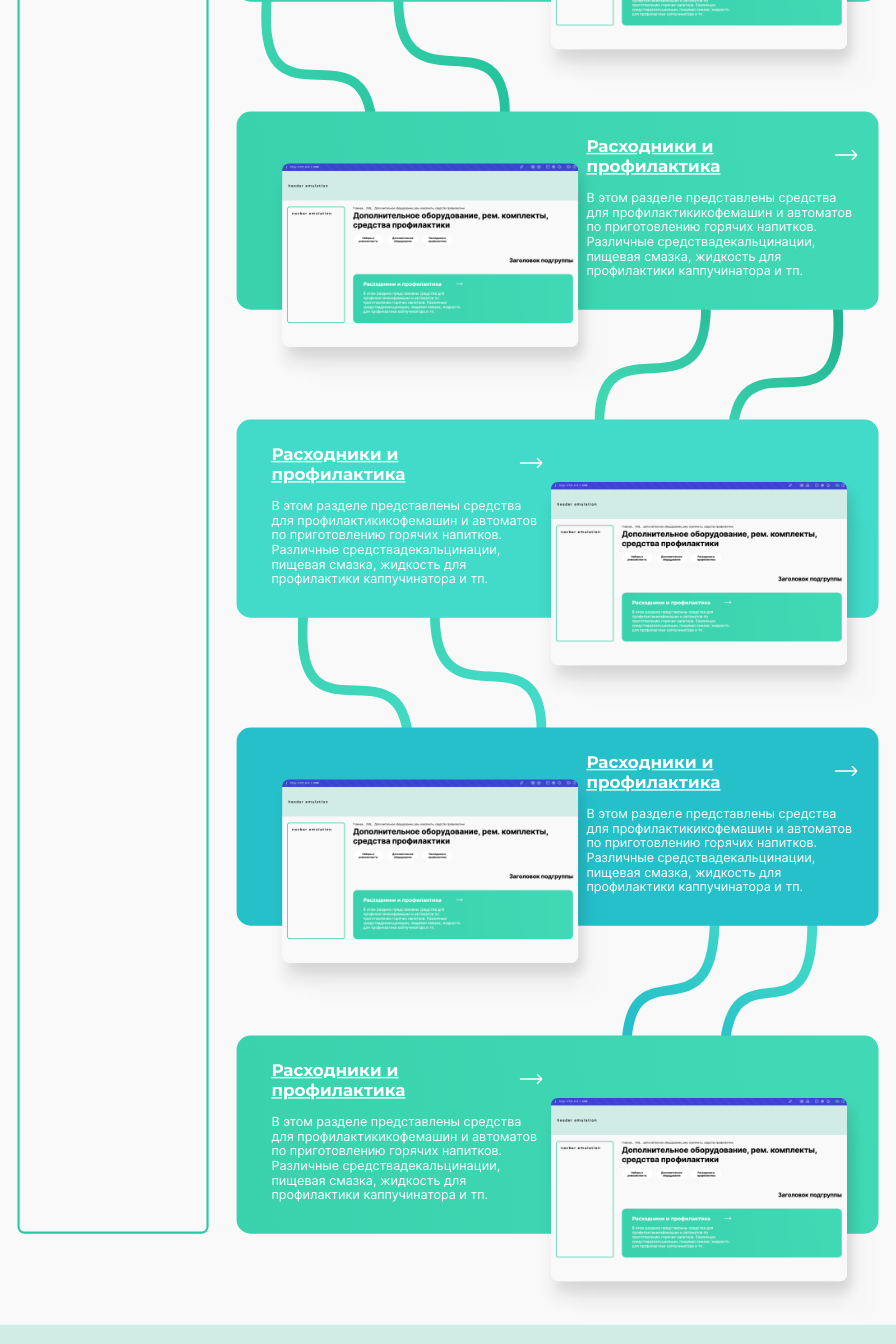
Repository: axonde/venpart-faq-pages
Page: index.html
An editor plug-in stored every save of this project. The page is shown before and after the next save, followed by the edit.
The browser window is 1280 px wide. The pictures show the part of the page from y = 599 to 2519 px (the page is 2635 px tall), at 70% of full size.

Above is the page before, as saved 2024-02-28 20:09:31.

After the next save:
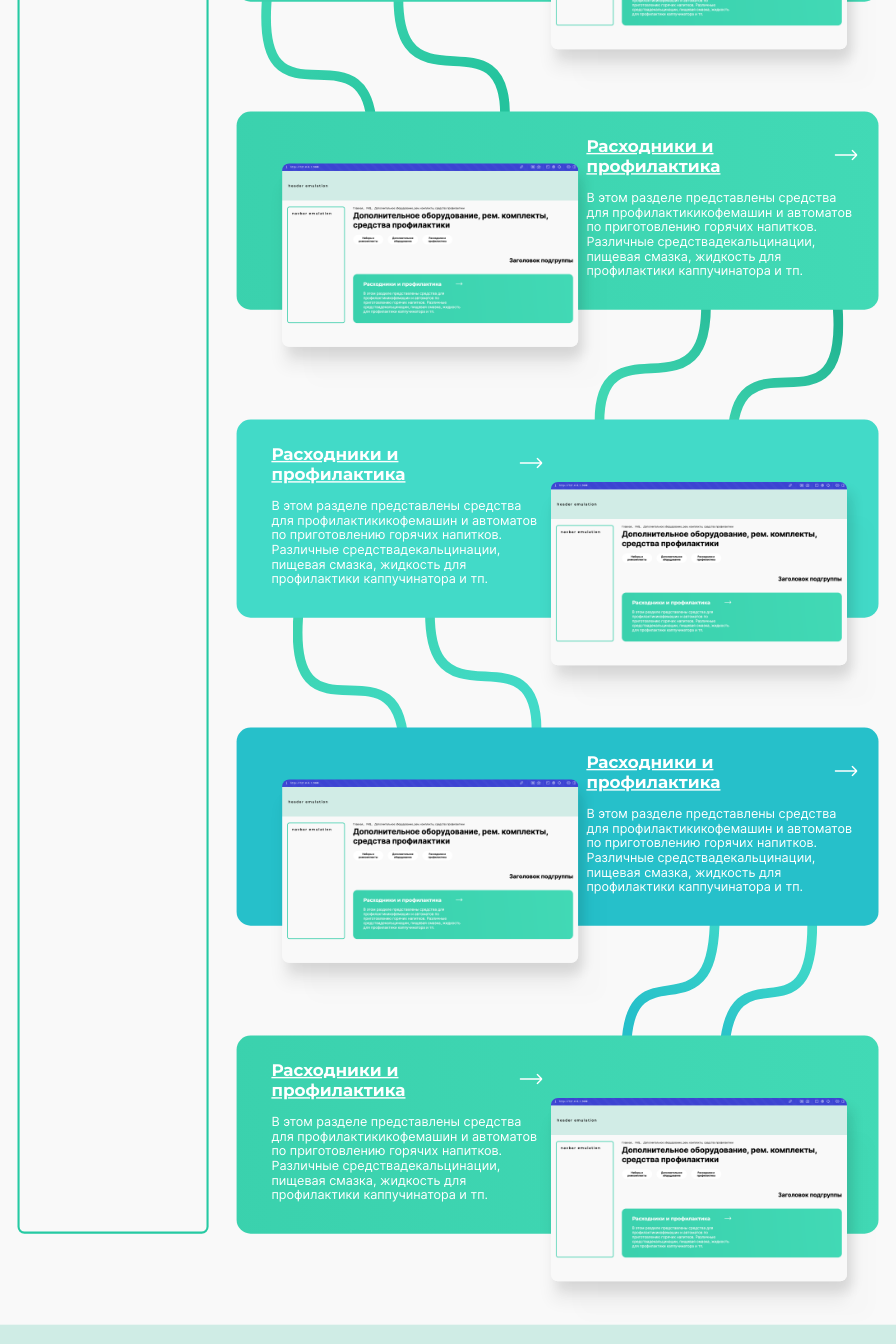
Saved 7 s later.
--- a/style.css
+++ b/style.css
@@ -584,7 +584,7 @@ scrollbar-width: none; /* Firefox */}
 	width: 356px;
 	height: 287px;
 	/* top: 80%; */
-	left: 87px;}
+	left: 80px;}
 .faq__item:nth-child(4n)::after {
 	background: url('decorations/decoration-4.svg');
 	width: 280px;
